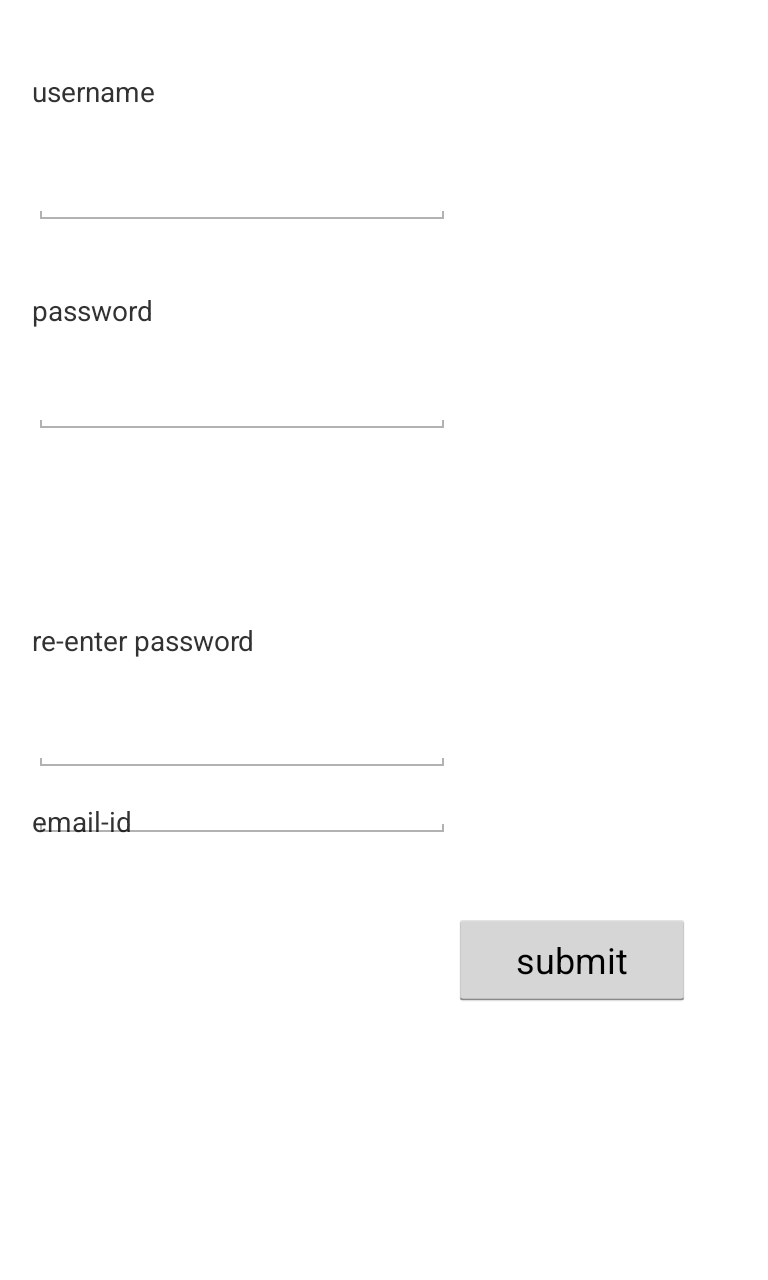
Repository: arjuntheprogrammer/iact
Layout: iact/iact android practice/mywork/login/res/layout/activity_third.xml
An editor plug-in stored every save of this project. The layout is shown before and after the next save, followed by the edit.
It is drawn on a 768 x 1280 px phone screen (xhdpi) without system bars, with theme AppTheme; the app's code is not run.

Above is the layout before, as saved 2016-01-04 13:06:44.

After the next save:
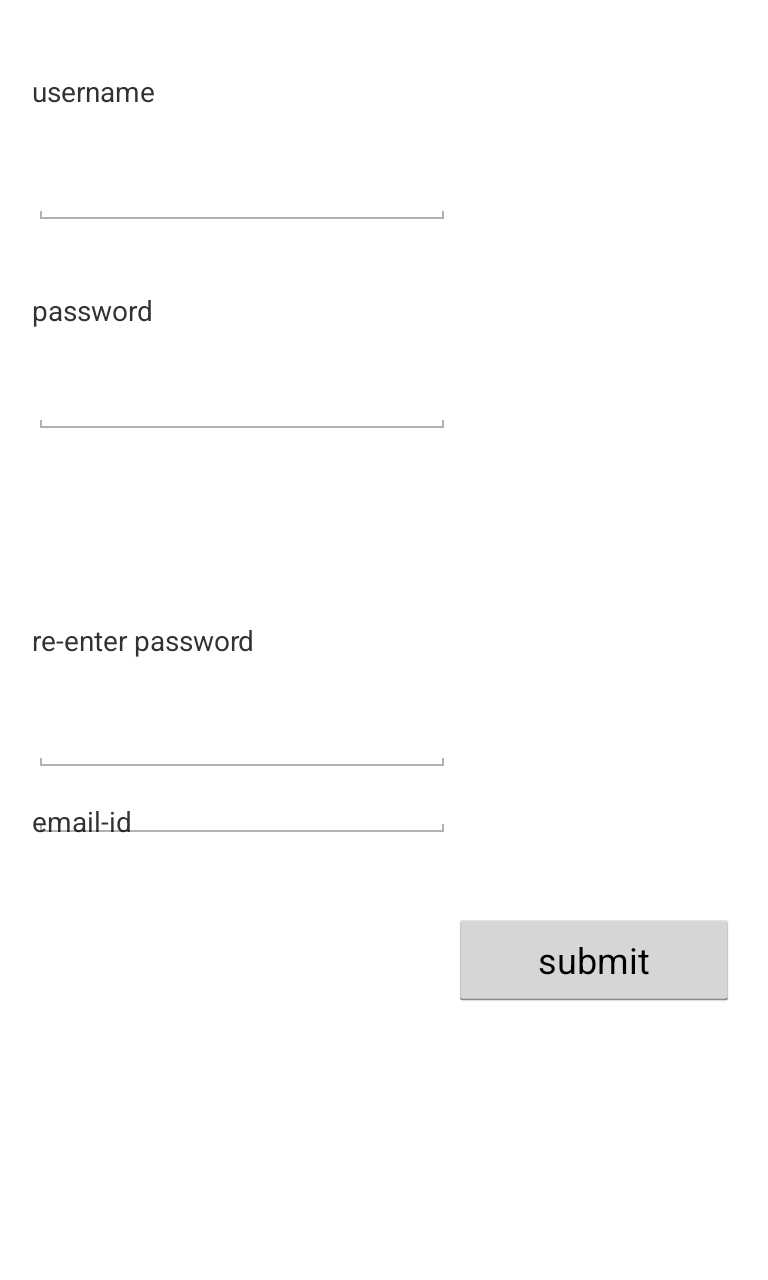
Saved 7 s later.
--- a/iact/iact android practice/mywork/login/res/layout/activity_third.xml
+++ b/iact/iact android practice/mywork/login/res/layout/activity_third.xml
@@ -85,7 +85,7 @@
 
     <Button
         android:id="@+id/button1"
-        android:layout_width="120dp"
+        android:layout_width="200dp"
         android:layout_height="wrap_content"
         android:layout_below="@+id/textView4"
         android:layout_marginTop="36dp"
